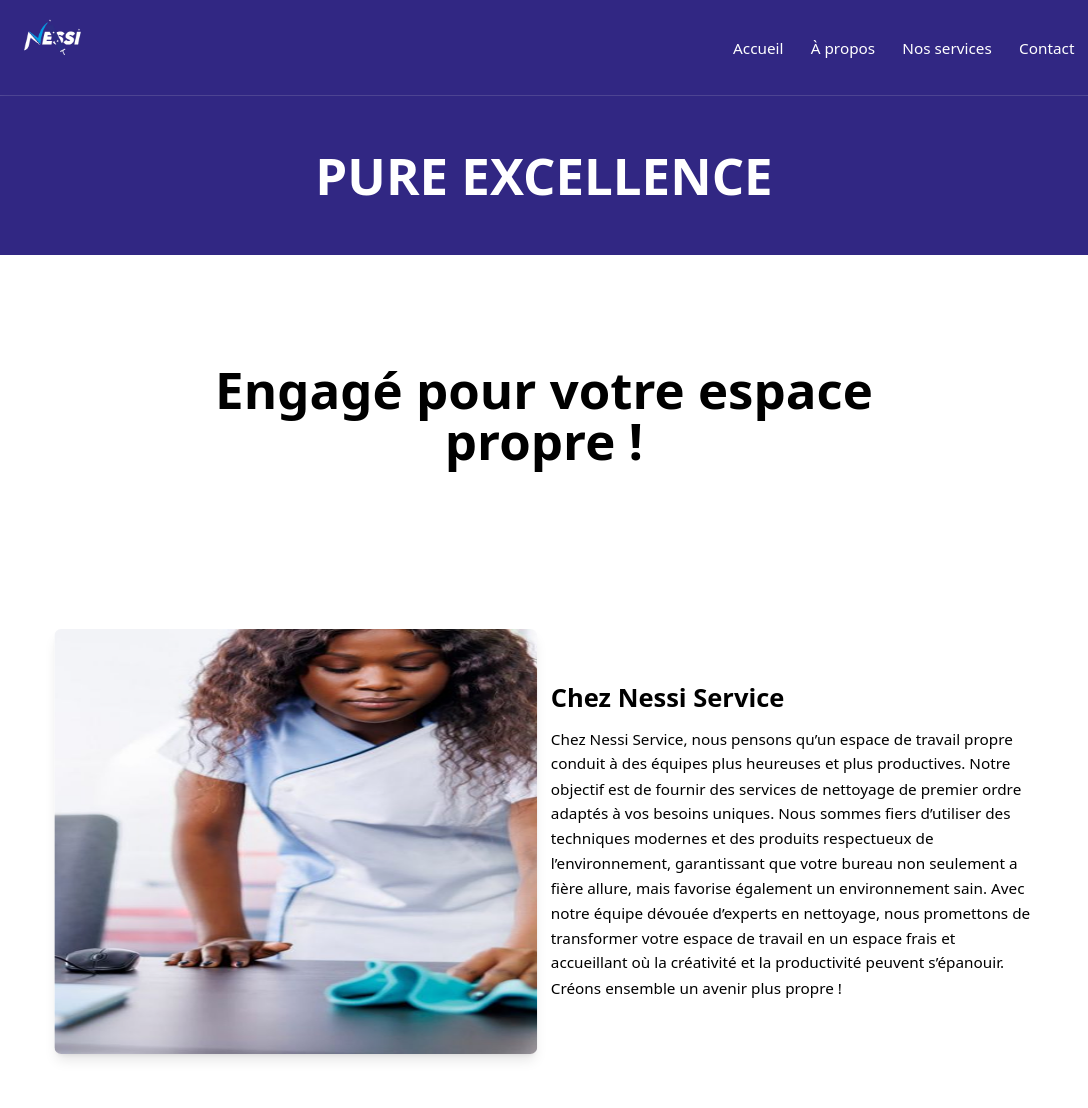
Repository: MDiouf9/Nessi
Page: /About
An editor plug-in stored every save of this project. The page is shown before and after a run of saves, followed by the edit.
The browser window is 1280 px wide. The pictures show the whole page, at 85% of full size.
The project was rebuilt for these pictures with package versions that can differ from the ones it lists, and the page was loaded fresh each time. Also part of the build but not shown: vite.config.js, src/Global.css, src/App.css, src/components/Footer.jsx, src/Pages/Home.jsx, src/Pages/NotFound.jsx, src/components/Countries.jsx, src/Pages/Services.jsx and 1 more.

Above is the page before, as saved 2025-03-10 18:11:50.

### src/main.jsx
import { StrictMode } from 'react'
import { createRoot } from 'react-dom/client'
import './index.css'
import './Global.css'
import App from './App.jsx'

createRoot(document.getElementById('root')).render(
  <StrictMode>
    <App />
  </StrictMode>,
)

### src/index.css
@tailwind base;
@tailwind components;
@tailwind utilities;
























/* :root {
  font-family: Inter, system-ui, Avenir, Helvetica, Arial, sans-serif;
  line-height: 1.5;
  font-weight: 400;

  color-scheme: light dark;
  color: rgba(255, 255, 255, 0.87);
  background-color: #242424;

  font-synthesis: none;
  text-rendering: optimizeLegibility;
  -webkit-font-smoothing: antialiased;
  -moz-osx-font-smoothing: grayscale;
}

a {
  font-weight: 500;
  color: #646cff;
  text-decoration: inherit;
}
a:hover {
  color: #535bf2;
}

body {
  margin: 0;
  display: flex;
  place-items: center;
  min-width: 320px;
  min-height: 100vh;
}

h1 {
  font-size: 3.2em;
  line-height: 1.1;
}

button {
  border-radius: 8px;
  border: 1px solid transparent;
  padding: 0.6em 1.2em;
  font-size: 1em;
  font-weight: 500;
  font-family: inherit;
  background-color: #1a1a1a;
  cursor: pointer;
  transition: border-color 0.25s;
}
button:hover {
  border-color: #646cff;
}
button:focus,
button:focus-visible {
  outline: 4px auto -webkit-focus-ring-color;
}

@media (prefers-color-scheme: light) {
  :root {
    color: #213547;
    background-color: #ffffff;
  }
  a:hover {
    color: #747bff;
  }
  button {
    background-color: #f9f9f9;
  }
} */

### src/App.jsx

import { BrowserRouter , Routes, Route  } from "react-router-dom"
// import reactLogo from './assets/react.svg'
// import viteLogo from '/vite.svg'
import './App.css'
import Home from './Pages/Home'
import NotFound from './Pages/NotFound'
import About from './Pages/About'
import Countries from './components/Countries'
import Services from './Pages/Services'
import Contact from './Pages/Contact'


function App() {

  return (
    <>
     <BrowserRouter>
      <Routes>
        <Route path="/"  element={<Home />} />
        <Route path='/About' element={<About/>} />
        <Route path='/Services' element={<Services/>} />
        <Route path='/Contact' element={<Contact/>} />
        <Route path='/Countries' element={<Countries/>} />
        <Route path='*' element={<NotFound/>} />
      </Routes>
    </BrowserRouter>

    </>
  )
}

export default App

### src/Pages/About.jsx

import Header from '../components/Header'
import SectionWithImage from '../components/Sectionlesft'
import regulier from "../assets/fememenage.png";


const About = () => {
  return (
    <div>

        <Header/>
        <section className="bg-[#312783] text-white py-16 flex justify-center items-center">
      <h1 className="text-4xl md:text-6xl font-bold">PURE EXCELLENCE</h1>
    </section>
    {/* section 2 */}
    <section className=" text-white py-16 flex justify-center items-center">
      <h1 className="text-4xl md:text-6xl font-bold"> <section className=" text-black py-16 flex justify-center items-center">
      <h1 className="text-4xl md:text-6xl font-bold text-center">Engagé pour votre espace <br /> propre !</h1>
    </section></h1>
    </section>

        <SectionWithImage
             imageSrc={regulier} // Image à afficher
             altText="Nettoyage en action" // Texte alternatif
             title="Chez Nessi Service" // Titre de la section
             content="Chez Nessi Service, nous pensons qu’un espace de travail propre conduit à des équipes plus heureuses et plus productives. Notre objectif est de fournir des services de nettoyage de premier ordre adaptés à vos besoins uniques. Nous sommes fiers d’utiliser des techniques modernes et des produits respectueux de l’environnement, garantissant que votre bureau non seulement a fière allure, mais favorise également un environnement sain. Avec notre équipe dévouée d’experts en nettoyage, nous promettons de transformer votre espace de travail en un espace frais et accueillant où la créativité et la productivité peuvent s’épanouir. Créons ensemble un avenir plus propre !"
           />
    </div>
  )
}

export default About

### src/components/Header.jsx
import  { useState } from "react";
import { Link } from "react-router-dom";
import logo from "../assets/logo1.png";

const navLinks = [
  { name: "Accueil", path: "/" },
  { name: "À propos", path: "/about" },
  { name: "Nos services", path: "/services" },
  { name: "Contact", path: "/contact" }
];

const Header = () => {
  const [isMenuOpen, setIsMenuOpen] = useState(false); // État pour gérer l'ouverture du menu mobile

  return (
    <header className="bg-[#312783] text-white p-4 shadow-lg">
      <div className="container mx-auto flex justify-between items-center">
        {/* Logo */}
        <img src={logo} alt="Logo" className="h-20" />

        {/* Menu burger pour mobile */}
        <button
          className="lg:hidden text-white text-2xl"
          onClick={() => setIsMenuOpen(!isMenuOpen)}
          aria-label="Toggle Menu"
        >
          {isMenuOpen ? (
            <span>&#10005;</span>  // Croix de fermeture du menu
          ) : (
            <span>&#9776;</span>  // Icône hamburger
          )}
        </button>

        {/* Navigation */}
        <nav className={`lg:flex ${isMenuOpen ? "block" : "hidden"} lg:bg-transparent bg-[#312783]`}>
          <ul className="lg:flex lg:space-x-8 flex-col lg:flex-row space-y-4 lg:space-y-0 p-6 lg:p-0">
            {navLinks.map((link, index) => (
              <li key={index} className="relative">
                <Link
                  to={link.path}
                  className="hover:text-gray-300 text-lg transition-colors duration-300 ease-in-out"
                >
                  {link.name}
                </Link>
                {/* Ajouter une barre sous le lien actif */}
              </li>
            ))}
          </ul>
        </nav>
      </div>


    </header>
  );
};

export default Header;

### src/components/Sectionlesft.jsx
const SectionWithImage = ({ imageSrc, altText, title, content }) => {
    return (
      <section className="bg-white py-16 px-6 md:px-16">
        <div className="container mx-auto flex flex-col md:flex-row items-center gap-4">
          {/* Image à gauche */}
          <div className="md:w-1/2 flex justify-center items-center">
            <img src={imageSrc} alt={altText} className="w-full h-full max-h-[500px] object-center  rounded-lg shadow-lg" />
          </div>

          {/* Texte à droite */}
          <div className="md:w-1/2 flex flex-col justify-center h-full">
            <h2 className="text-3xl font-bold mb-4">{title}</h2>
            <p className="text-lg leading-relaxed">{content}</p>
          </div>
        </div>
      </section>
    );
  };

  export default SectionWithImage;

Loaded but not shown: index.html (common file); tailwind.config.js (common file)

After the next 2 saves:
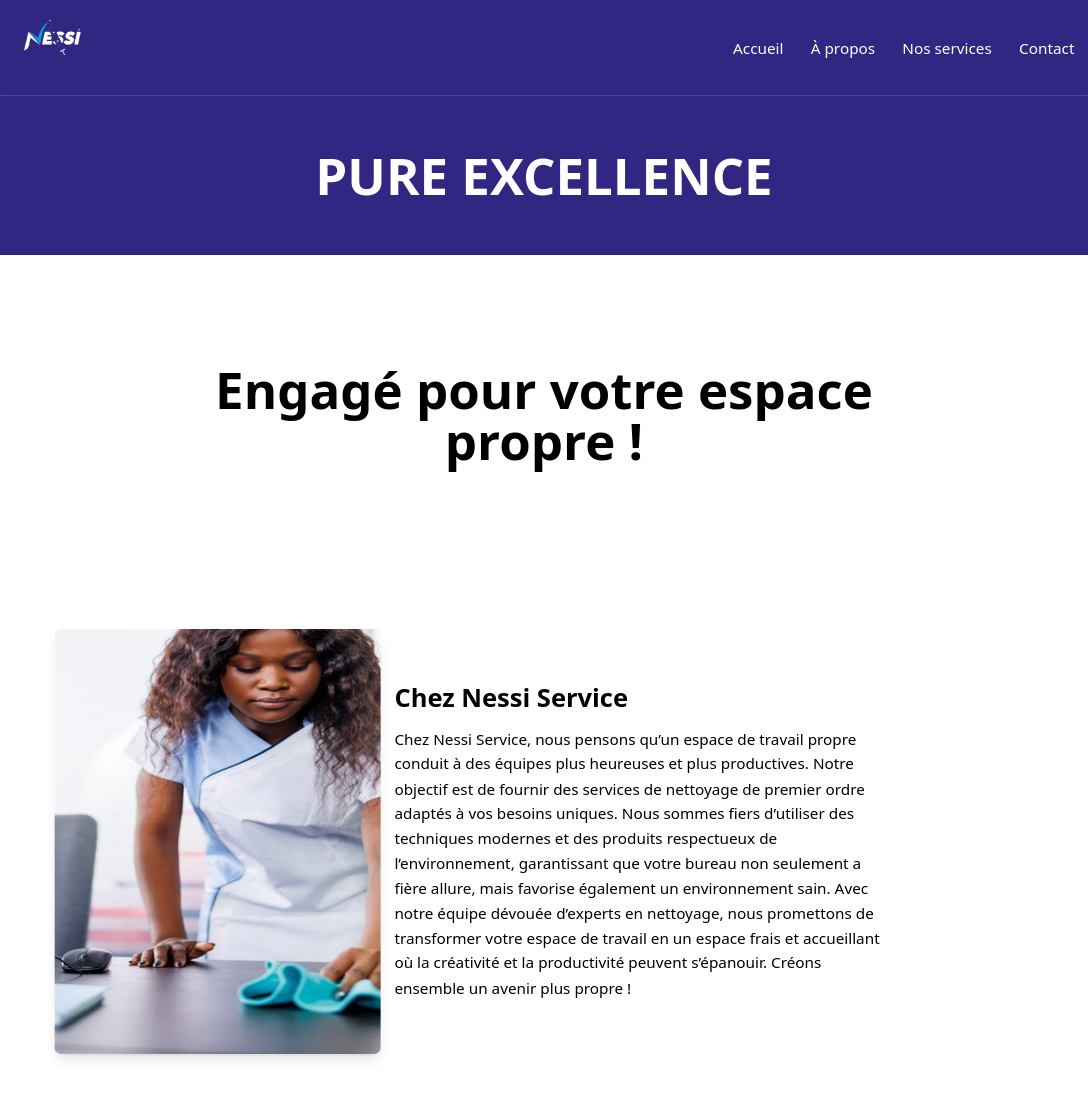
The 2 saves are shown as one change because they came seconds apart.
The last was saved 27 s later.
--- a/src/components/Sectionlesft.jsx
+++ b/src/components/Sectionlesft.jsx
@@ -3,7 +3,7 @@ const SectionWithImage = ({ imageSrc, altText, title, content }) => {
       <section className="bg-white py-16 px-6 md:px-16">
         <div className="container mx-auto flex flex-col md:flex-row items-center gap-4">
           {/* Image à gauche */}
-          <div className="md:w-1/2 flex justify-center items-center">
+          <div className="md:w-1/3 flex justify-center items-center">
             <img src={imageSrc} alt={altText} className="w-full h-full max-h-[500px] object-center  rounded-lg shadow-lg" />
           </div>
 
